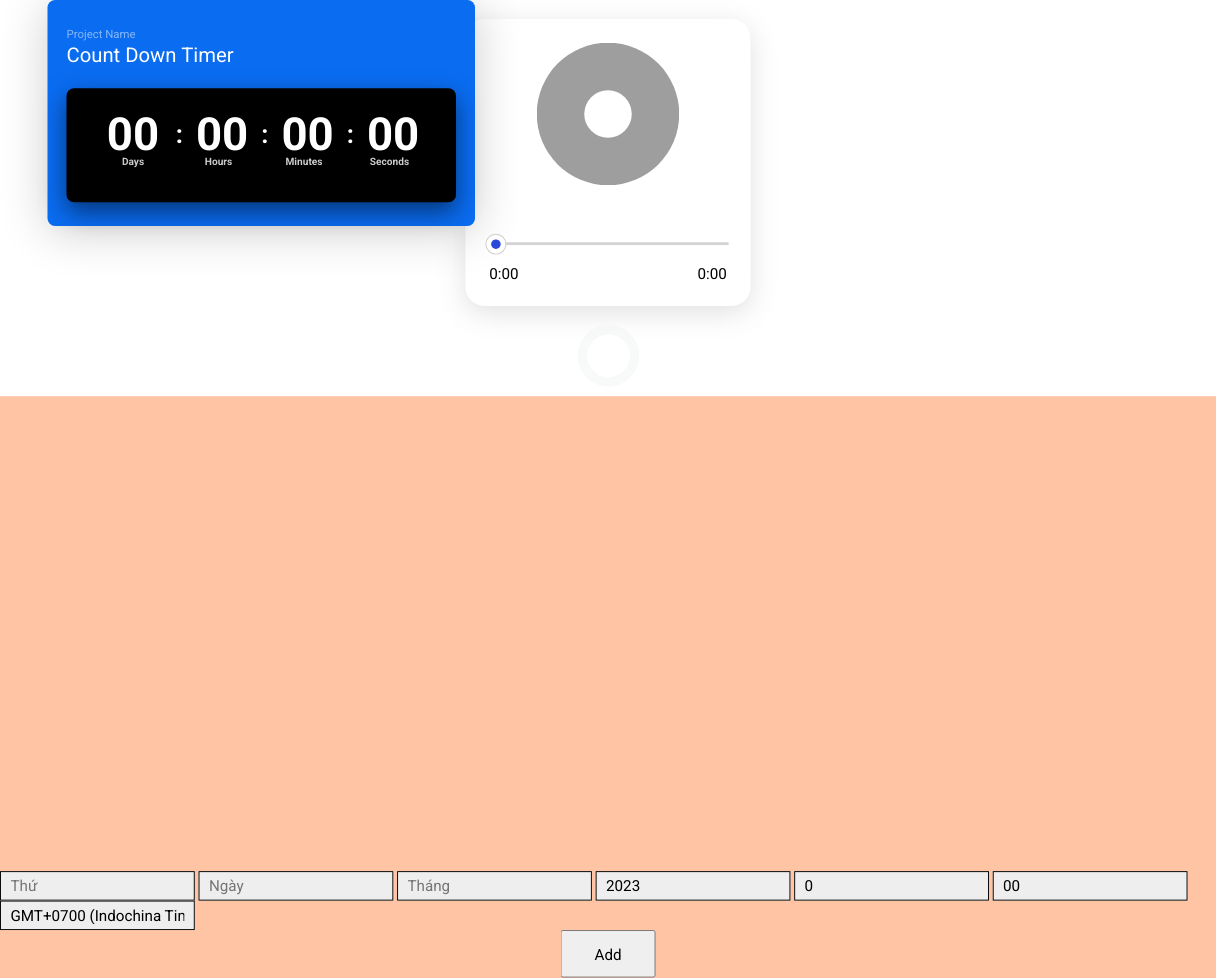
Repository: thuanpham00/CountDownTimer
Page: index.html
The author's editor kept a copy of each file at every save. The page is drawn from the files as they stood at one save, then again after the next save.
The browser window is 1280 px wide. The pictures show the whole page, at 95% of full size.
Pictures or frames that could not be fetched are drawn as grey boxes. The style sheet was rebuilt from its Sass, Less or Tailwind sources for each picture, by a compiler version that may differ from the author's.

Above is the page before, as saved 2023-09-27 15:30:16.

After the next save:
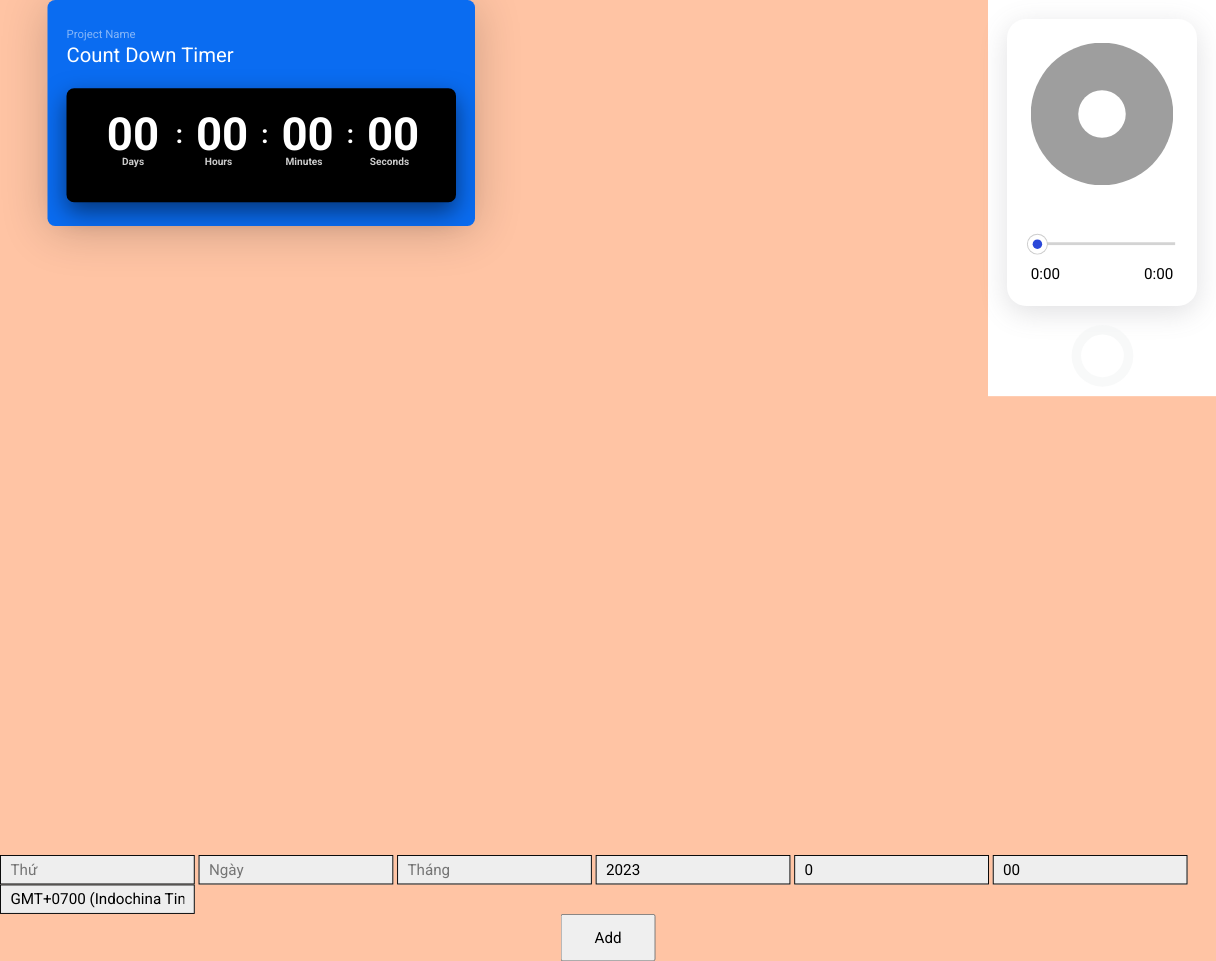
Saved 20 s later.
--- a/scss/main.scss
+++ b/scss/main.scss
@@ -261,6 +261,8 @@ body {
 }
 
 .player {
+    position: absolute;
+    right: 0;
     background-color: white;
     padding: 20px;
 }
